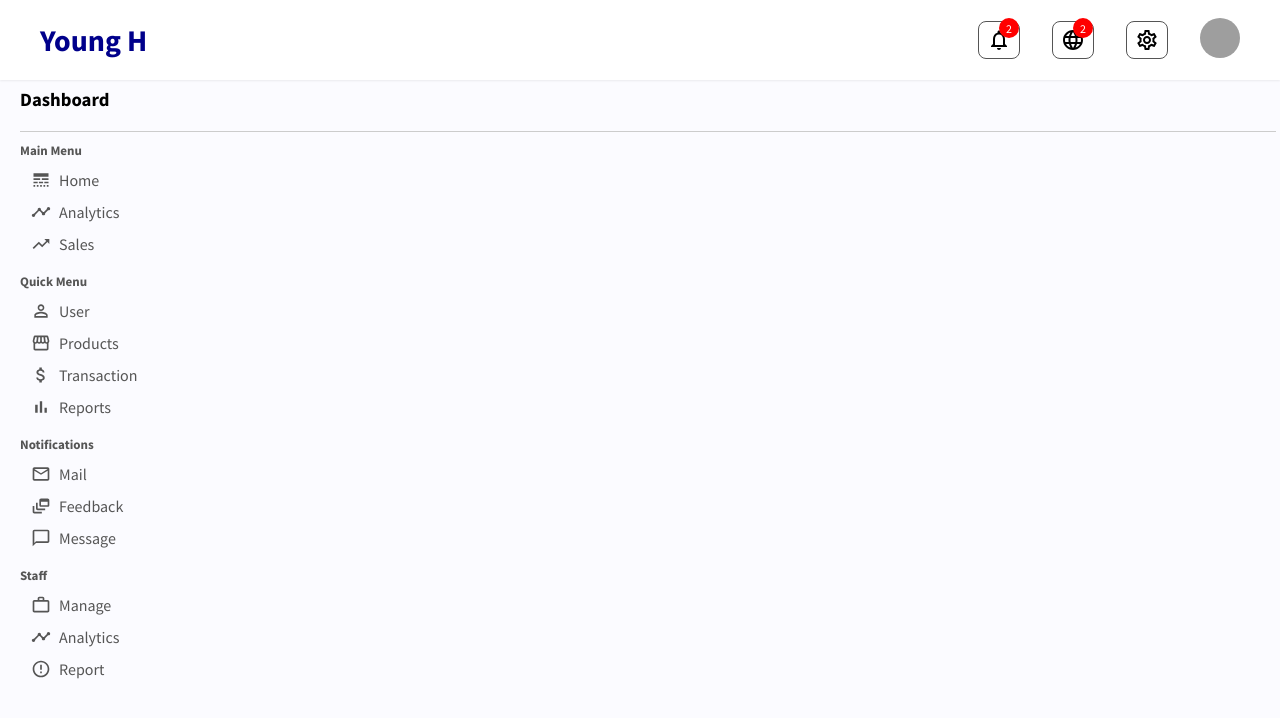
Repository: noname20011/admin
Page: /product/1
These files come from the project's save history. The page is drawn as it stood at one moment and after the next save; the edit follows.
The browser window is 1280 px wide. The pictures show the whole page.
Pictures or frames that could not be fetched are drawn as grey boxes. The project was rebuilt for these pictures with package versions that can differ from the ones it lists, and the page was loaded fresh each time. Also part of the build but not shown: src/pages/home/home.css, src/comopnents/featureInfo/feature.css, src/comopnents/featureInfo/Feature.jsx, src/comopnents/chart/chart.css, src/comopnents/chart/Chart.jsx, src/comopnents/widgetSm/widgetSm.css, src/comopnents/widgetSm/WidgetSm.jsx, src/comopnents/widgetLg/widgetLg.css and 14 more.

Above is the page before, as saved 2021-11-14 16:18:10.

After the next save:
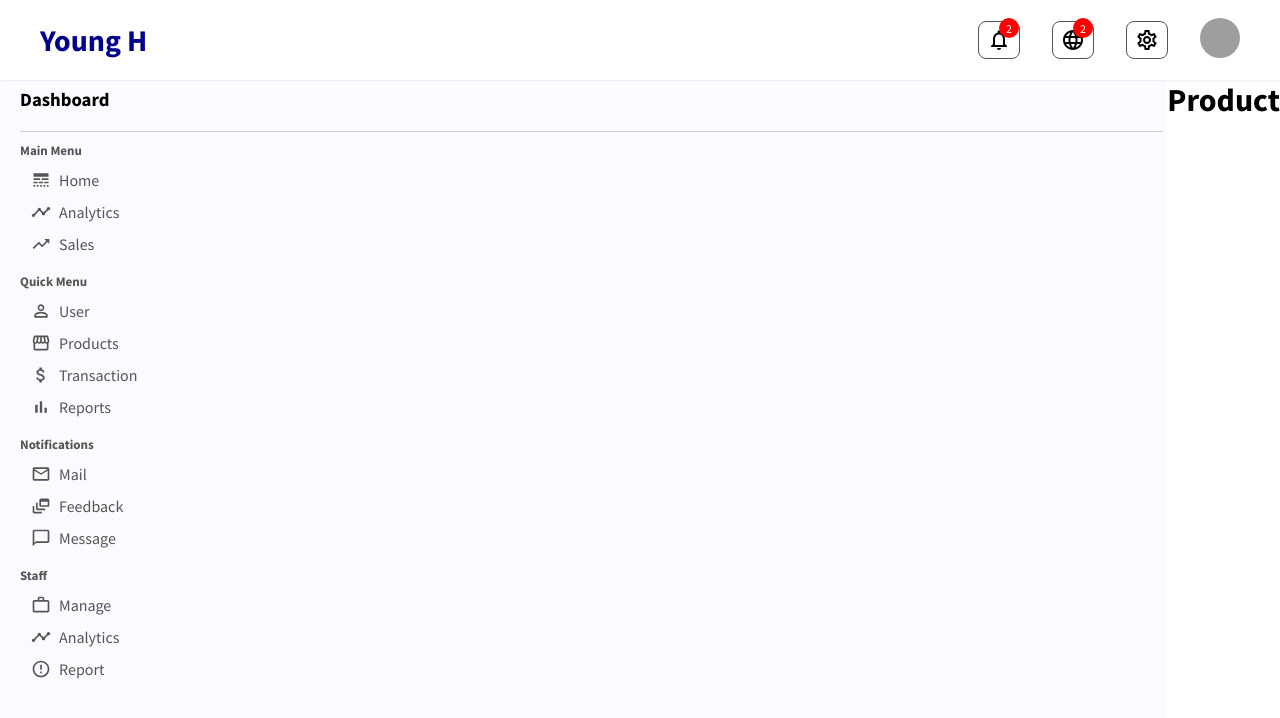
Saved 79 s later.
--- a/src/pages/product/Product.jsx
+++ b/src/pages/product/Product.jsx
@@ -1,9 +1,14 @@
+import { Link } from "react-router-dom"
 import "./product.css"
 
 export default function Product() {
     return (
         <div className="product">
-
+            <div className="productTitleContainer">
+                <h1 className="productTitle">Product</h1>
+                <Link to="/addproduct">
+                </Link>
+            </div>
         </div>
     )
 }
